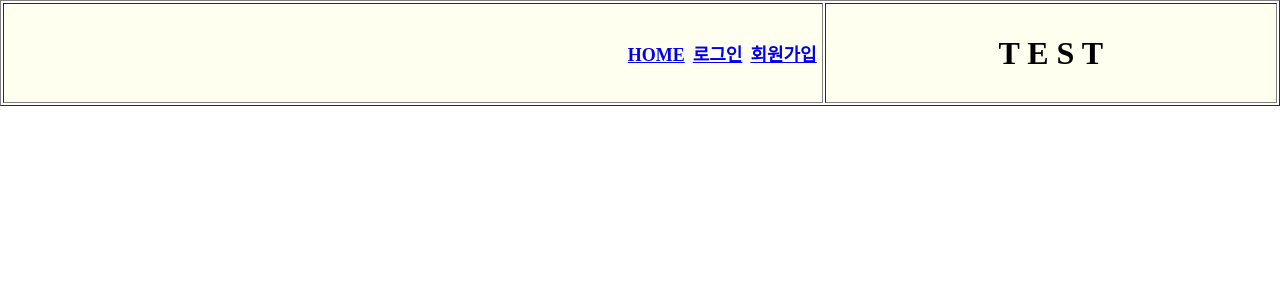
Repository: CHANGMAN-LEE/Java_ee
Page: workspace/test/WebContent/test/index.html
The author's editor kept a copy of each file at every save. The page is drawn from the files as they stood at one save, then again after the next save.
The browser window is 1280 px wide. The pictures show the whole page.

Above is the page before, as saved 2020-07-09 05:49:36.

### workspace/test/WebContent/test/index.html
<!DOCTYPE html>
<html>
<head>
<meta charset="EUC-KR">
<title>Insert title here</title>
</head>
<body marginheight="0" marginwidth="0">
<table style="width: 100%; height: 100%" border="1">
	<tr height="100" colspan="2" align="center" style="background-color:#FFFFEBCD">
		<td align="right">
				<a href="../test/index.html"><font size="4"><strong>HOME</strong></font></a>&nbsp;
				<a href="../test/loginForm.jsp"><font size="4"><strong>로그인</strong></font></a>&nbsp;
				<a href="../test/writeForm.jsp"><font size="4"><strong>회원가입</strong></font></a>&nbsp;
		</td>
		<td>
		<h1>T E S T</h1>
		</td>
	</tr>
</table>
</body>
</html>

After the next save:
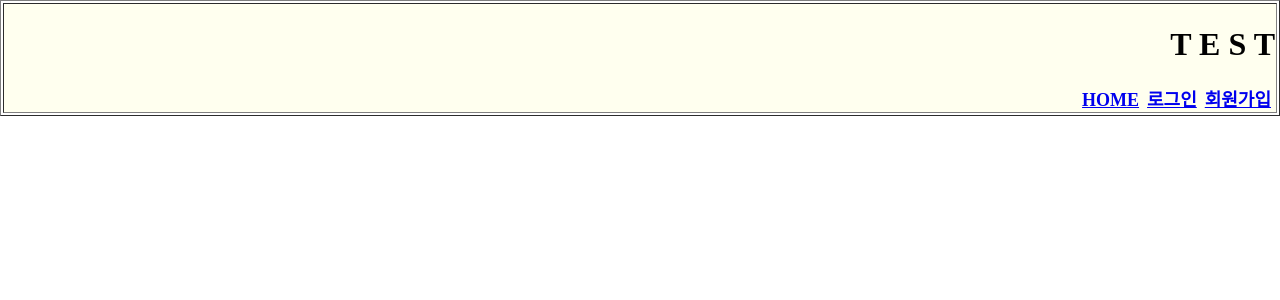
Saved 18 s later.
--- a/workspace/test/WebContent/test/index.html
+++ b/workspace/test/WebContent/test/index.html
@@ -8,12 +8,10 @@
 <table style="width: 100%; height: 100%" border="1">
 	<tr height="100" colspan="2" align="center" style="background-color:#FFFFEBCD">
 		<td align="right">
+			<h1>T E S T</h1>
 				<a href="../test/index.html"><font size="4"><strong>HOME</strong></font></a>&nbsp;
 				<a href="../test/loginForm.jsp"><font size="4"><strong>로그인</strong></font></a>&nbsp;
 				<a href="../test/writeForm.jsp"><font size="4"><strong>회원가입</strong></font></a>&nbsp;
-		</td>
-		<td>
-		<h1>T E S T</h1>
 		</td>
 	</tr>
 </table>
